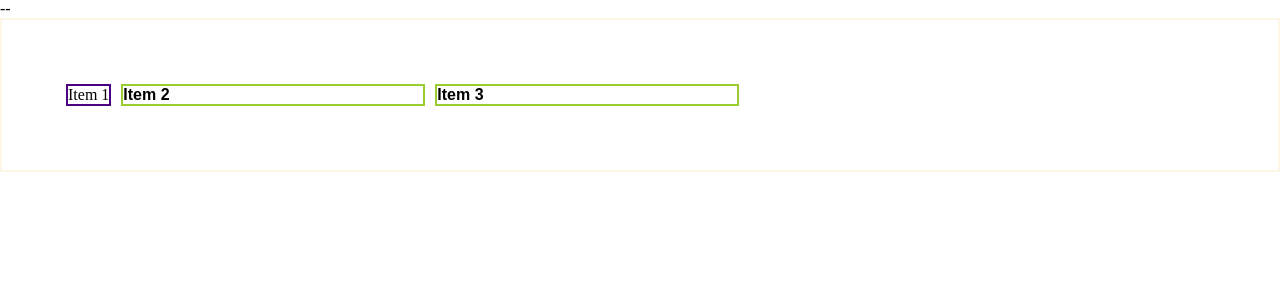
Repository: Elianmrey/TP1-Mobile-First
Page: EXERCISES/EX_4/index.html
The author's editor kept a copy of each file at every save. The page is drawn from the files as they stood at one save, then again after a run of saves.
The browser window is 1280 px wide. The pictures show the whole page.

Above is the page before, as saved 2024-08-04 21:04:41.

After the next 2 saves:
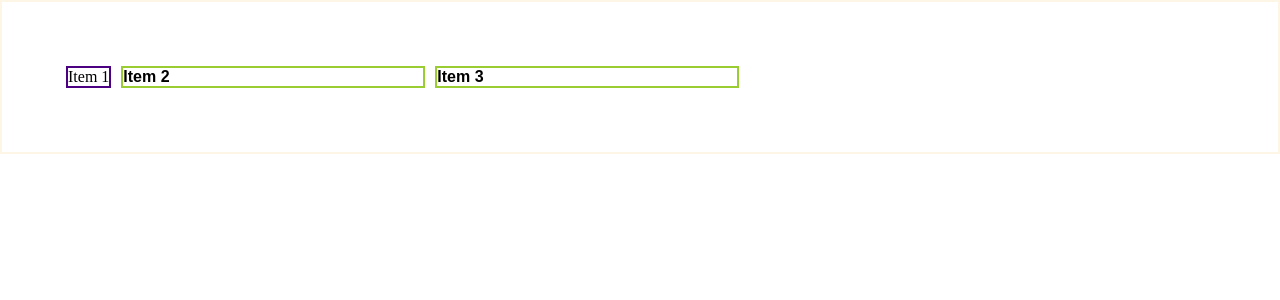
The 2 saves are shown as one change because they came seconds apart.
The last was saved 20 s later.
--- a/EXERCISES/EX_4/index.html
+++ b/EXERCISES/EX_4/index.html
@@ -7,8 +7,7 @@
   <title>Document</title>
 </head>
 <body>
-  <span>--</span>
-  <div class="container">
+   <div class="container">
     <div class="item it-diferente">Item 1</div>
     <div class="itens-iguais">Item 2</div>
     <div class="itens-iguais">Item 3 </div>
